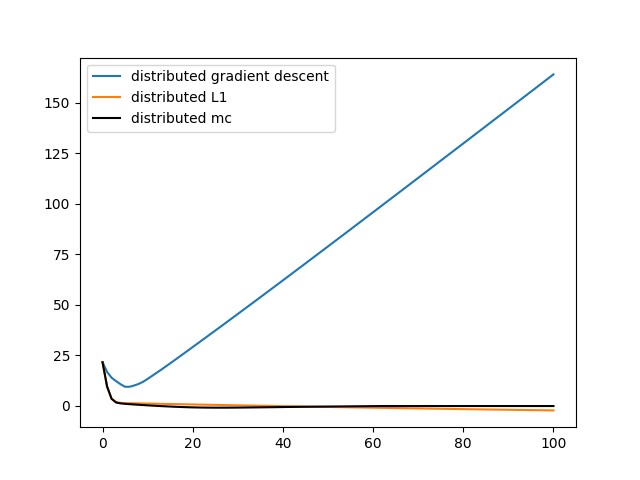
Repository: komuro-zero/distributed-optimization
Script's output: python main_weakly_sparse.py
An editor plug-in stored every save of this project. The script's output is shown before and after the next save, followed by the edit.
Random numbers start from a fixed seed.

Above is the script's output before, as saved 2019-09-27 09:38:32.

After the next save:
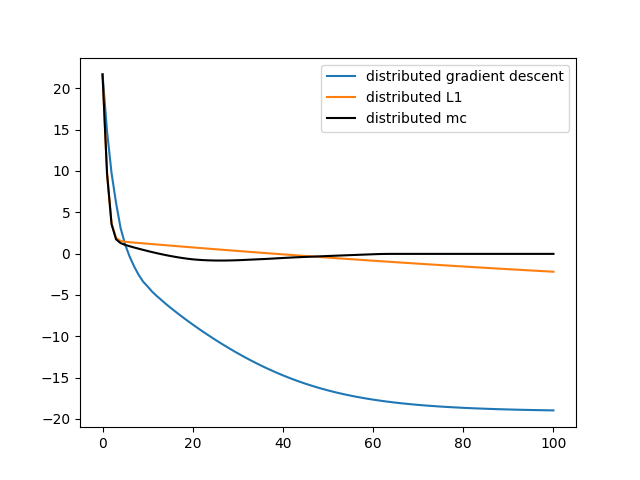
Saved 11 s later.
--- a/main_weakly_sparse.py
+++ b/main_weakly_sparse.py
@@ -53,7 +53,7 @@ class distributed_updates(functions):
         #self.distributed_gradient_descent_wj(U_all,d_all,w_star,L2,self.N,self.m,self.r_i,0.25,self.iteration,c,w_all,wcgd)
         #self.distributed_L1_wj(U_all,d_all,w_star,L2,self.N,self.m,self.r_i,10**-4,0.24,self.iteration,c,w_all,wcl1)
         #self.distributed_mc_wj(U_all,d_all,w_star,L2,self.N,self.m,self.r_i,self.lamb,self.eta,self.rho,self.iteration,c,w_all,wcmc)
-        self.distributed_gradient_descent(U_all,d_all,w_star,L2,self.N,self.m,self.r_i,0.2,self.iteration,c,w_all)
+        self.distributed_gradient_descent(U_all,d_all,w_star,L2,self.N,self.m,self.r_i,0.15,self.iteration,c,w_all)
         self.distributed_L1(U_all,d_all,w_star,L2,self.N,self.m,self.r_i,10**-4,0.0024,self.iteration,c,w_all)
         self.distributed_mc(U_all,d_all,w_star,L2,self.N,self.m,self.r_i,self.lamb,self.eta,self.rho,self.iteration,c,w_all)
 
